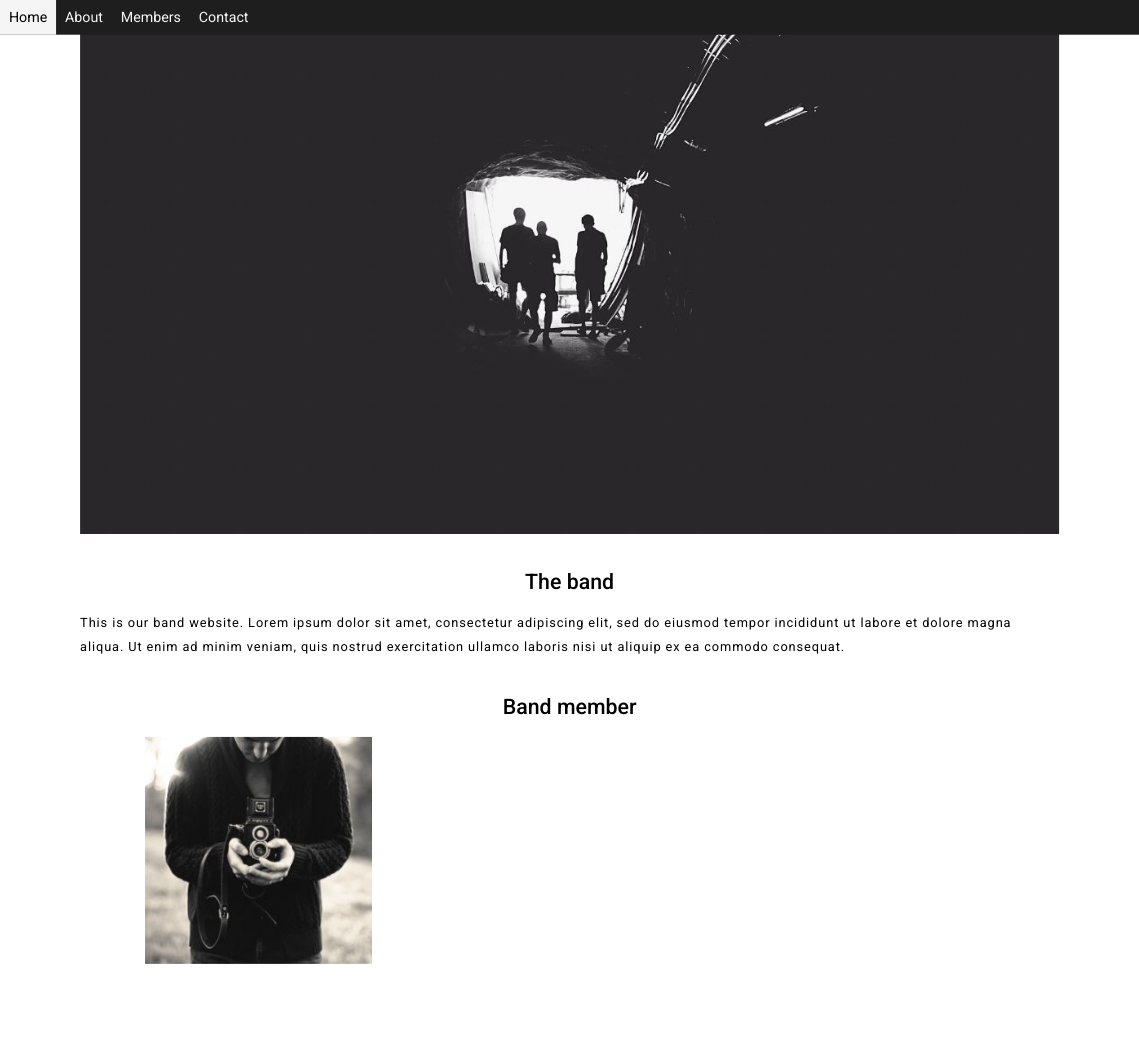
Repository: hieu-22/w3_band_UI
Page: index.html
These files come from the project's save history. The page is drawn as it stood at one moment and after the next save; the edit follows.
The browser window is 1280 px wide. The pictures show the whole page, at 89% of full size.

Above is the page before, as saved 2022-12-30 09:38:31.

After the next save:
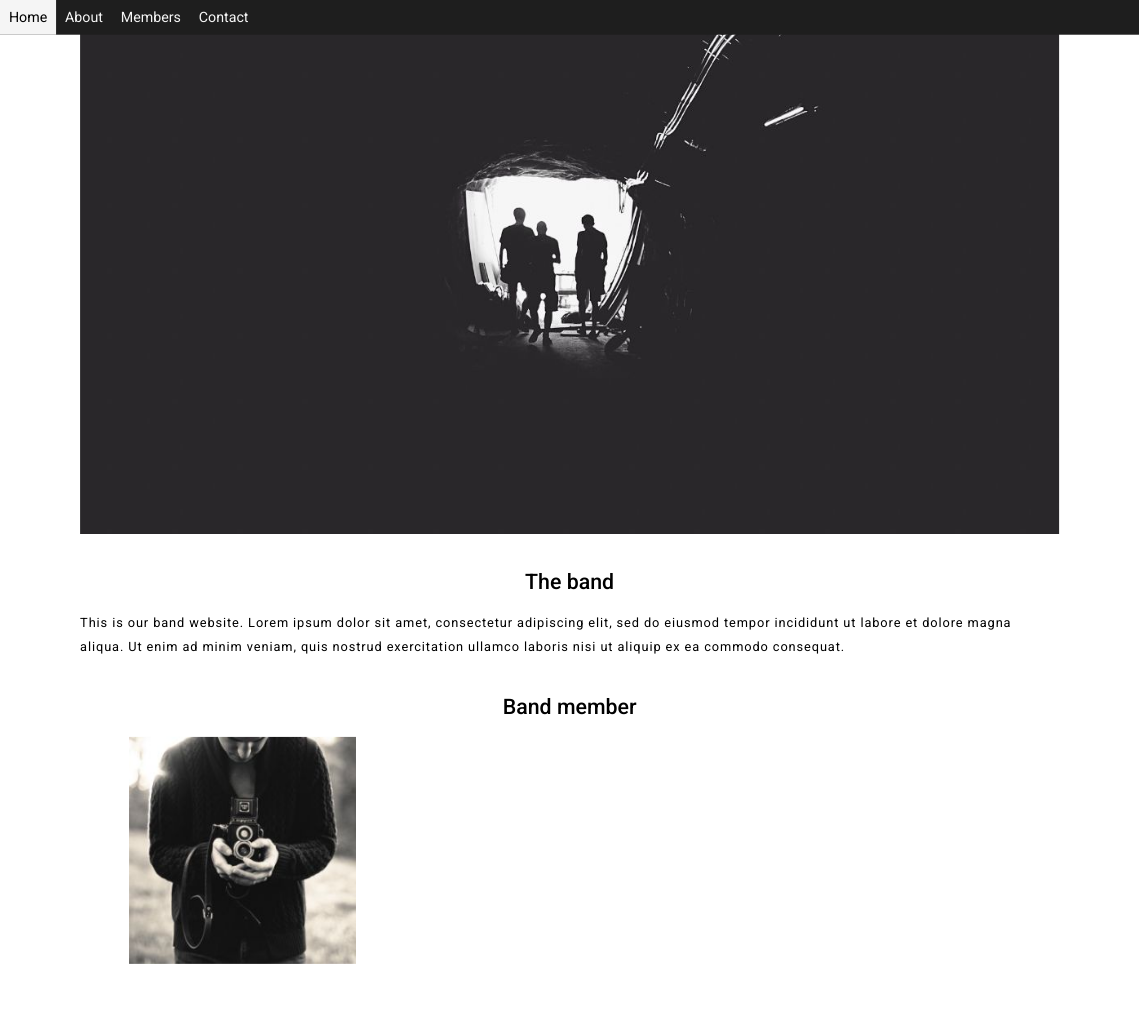
Saved 13 s later.
--- a/assets/css/style.css
+++ b/assets/css/style.css
@@ -68,7 +68,7 @@ html {
 
 .content__members {
     height: 400px;
-    margin: 20px;
+    margin-top: 20px;
 }
 .content__members-header {
     font-weight: 500;
